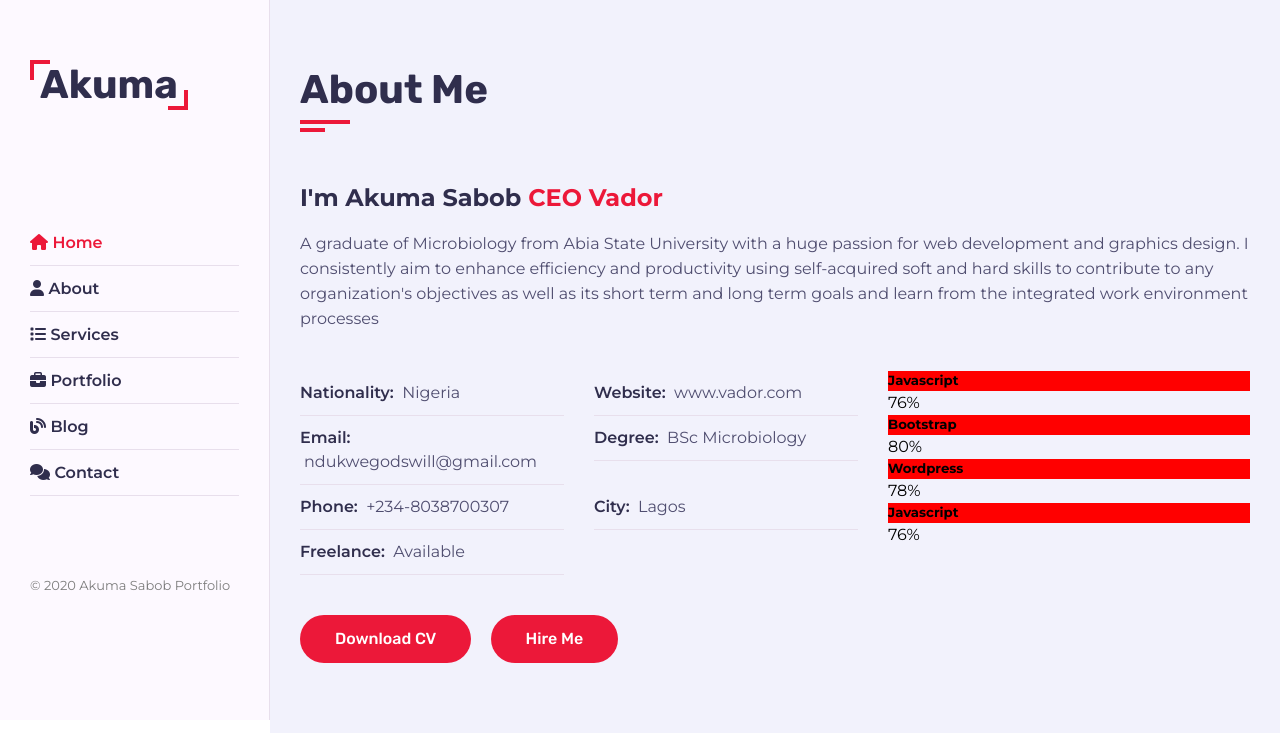
Repository: Akuma001/MY-Portfolio
Page: index.html
An editor plug-in stored every save of this project. The page is shown before and after the next save, followed by the edit.
The browser window is 1280 px wide. The pictures show the whole page.
Some web libraries are served in a nearby version.

Above is the page before, as saved 2020-12-13 20:44:11.

After the next save:
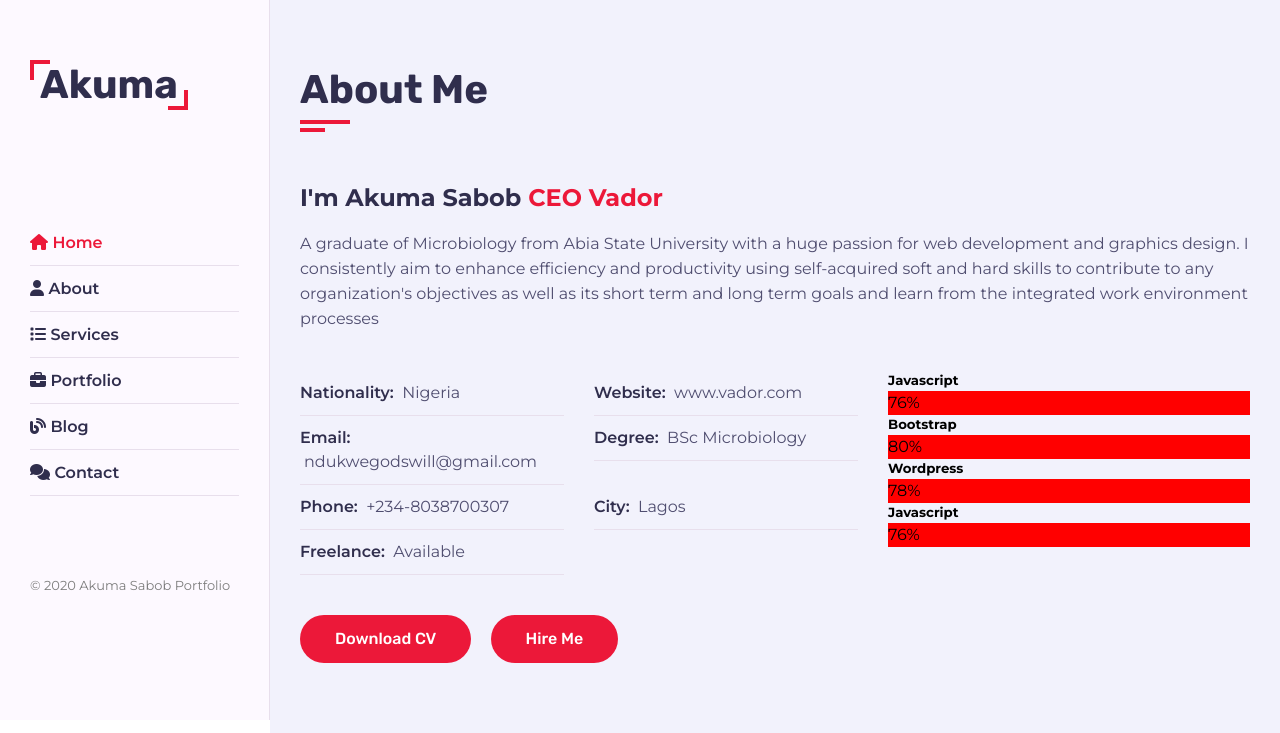
Saved 74 s later.
--- a/css/style.css
+++ b/css/style.css
@@ -362,5 +362,8 @@ body{
 }
 
 .about .about-content .skills .skill-item h5{
+
+}
+.about .about-content .skills .skill-item .progress{
     background-color: red;
 }
